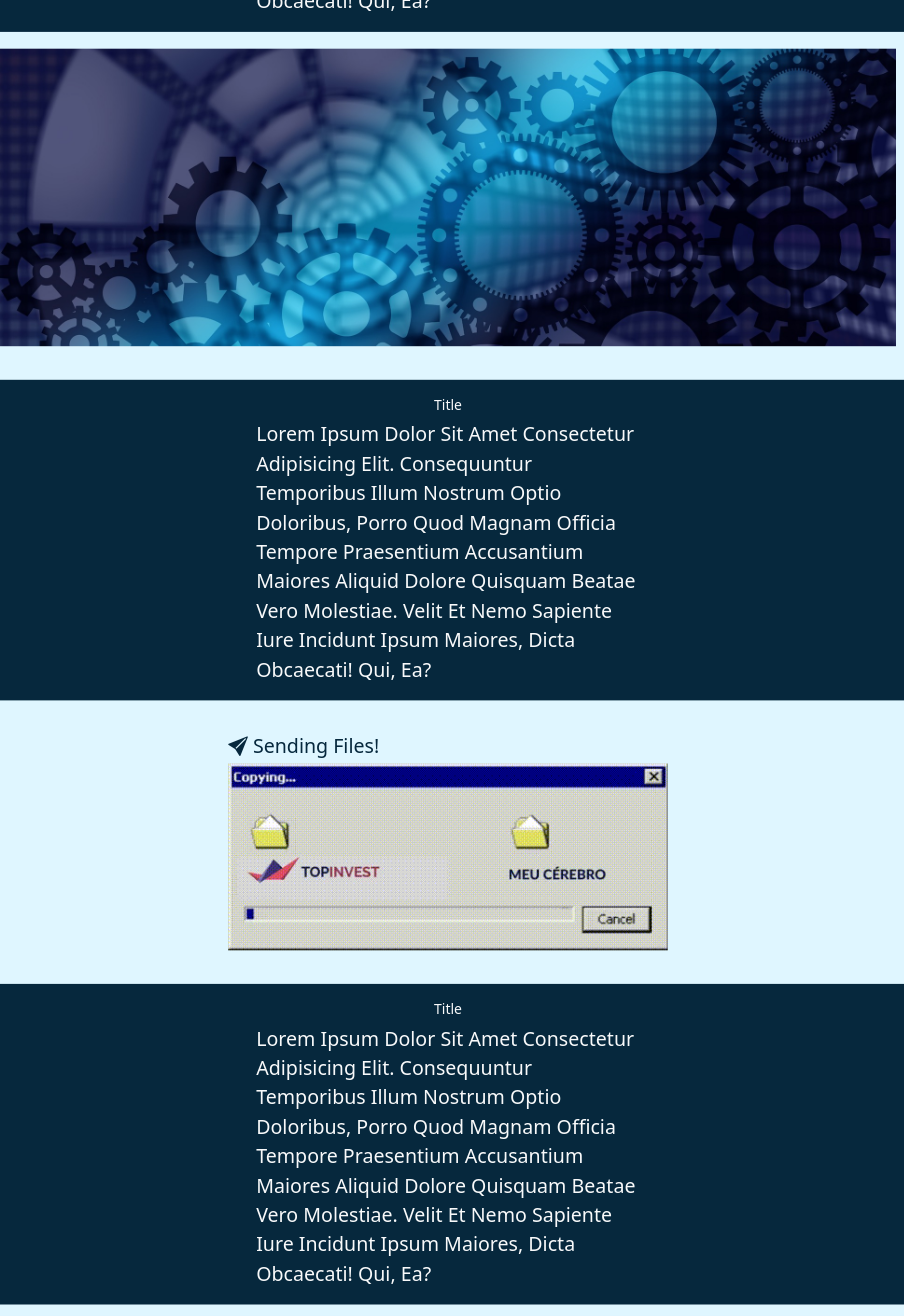
Repository: initer3737/initer3737.github.io
Page: index.html
An editor plug-in stored every save of this project. The page is shown before and after a run of saves, followed by the edit.
The browser window is 1280 px wide. The page is 1292 px wide, so the pictures cover 1292 px, including what lies to the right of the window. The pictures show the part of the page from y = 3481 to 5361 px (the page is 5361 px tall before and 5163 px after), at 70% of full size.
Some web libraries are served in a nearby version.

Above is the page before, as saved 2022-06-12 22:51:10.
Console error: TypeError: Cannot set properties of null (setting 'innerHTML')

After the next 2 saves:
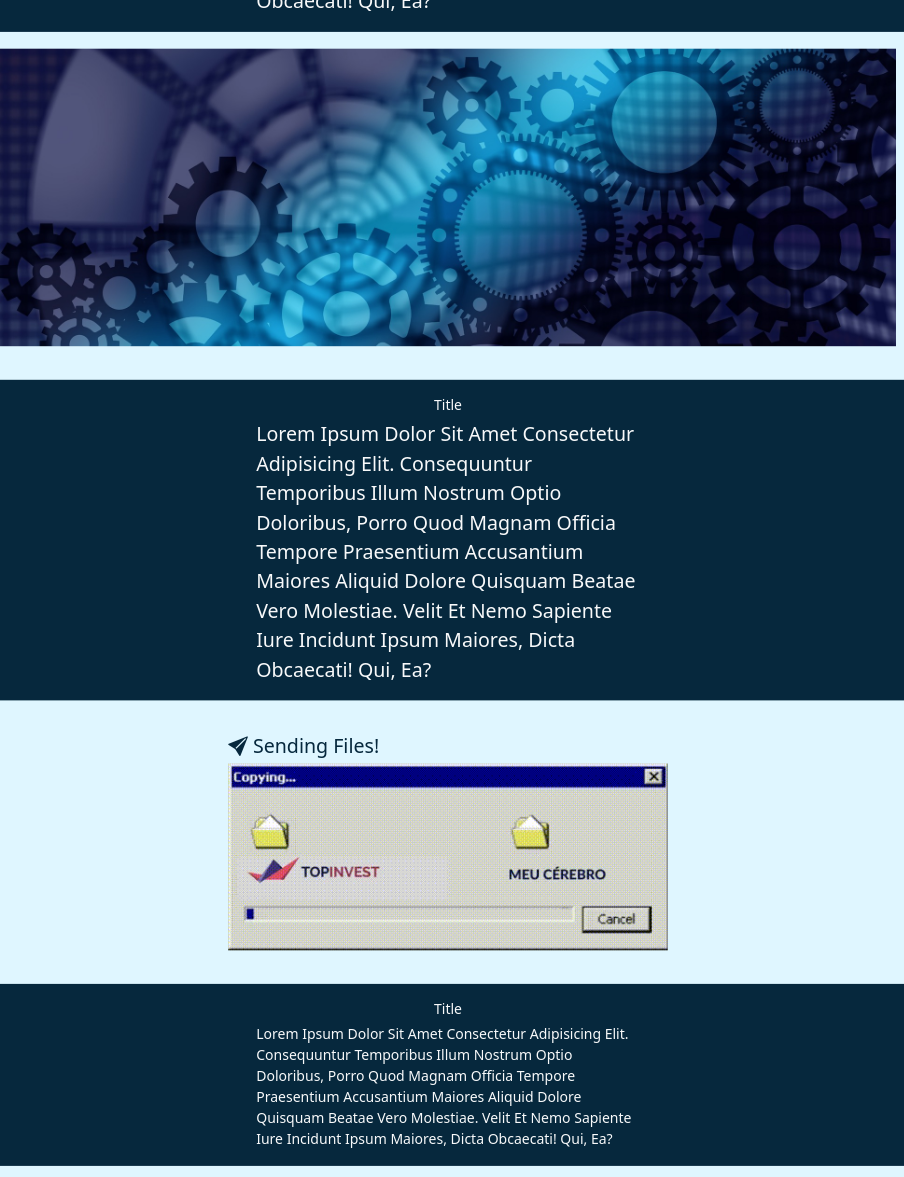
The 2 saves are shown as one change because they came seconds apart.
The last was saved 21 s later.
--- a/index.html
+++ b/index.html
@@ -126,7 +126,7 @@
            </div>
            <div class="col-12 mt-5 m-auto bg-4 text-light mb-3 px-2 py-4">
             <div class="text-center "><h5>title</h5></div>
-            <div class="text-start fs-3 px-5 col-12 col-md-6  m-auto">
+            <div class="text-start fs-5 px-5 col-12 col-md-6  m-auto">
                Lorem ipsum dolor sit amet consectetur adipisicing elit. Consequuntur temporibus illum nostrum optio doloribus, porro quod magnam officia tempore praesentium accusantium maiores aliquid dolore quisquam beatae vero molestiae. Velit et nemo sapiente iure incidunt ipsum maiores, dicta obcaecati! Qui, ea?
             </div>
           </div>
